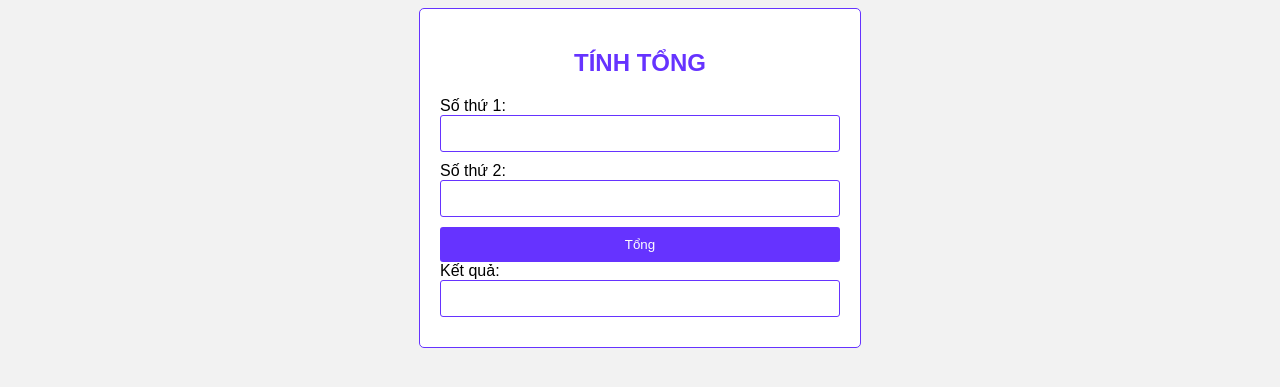
Repository: Pr-DuyTam/HTML-CSS-JS-PHP
Page: http://localhost/Bài 2 (Tính tổng)/Plus.php
These files come from the project's save history. The page is drawn as it stood at one moment and after the next save; the edit follows.
The browser window is 1280 px wide. The pictures show the whole page.
The page is run by PHP 8.4 with error messages shown; the project is at /var/www/html/.

Above is the page before, as saved 2023-09-02 10:38:43.

After the next save:
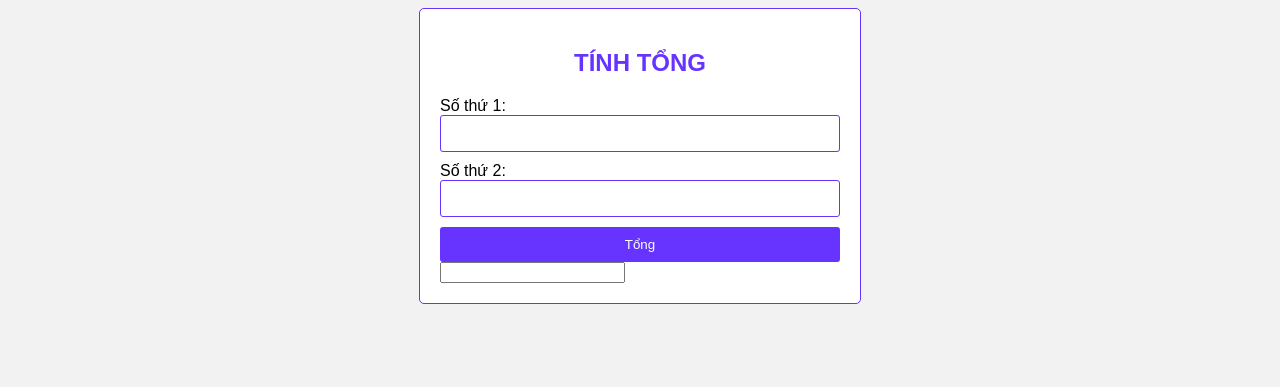
Saved 2 min 25 s later.
--- a/PHP/Bài tập PHP/Bài 2 (Tính tổng)/Plus.php
+++ b/PHP/Bài tập PHP/Bài 2 (Tính tổng)/Plus.php
@@ -69,27 +69,28 @@
     <div class="container">
         <h2>TÍNH TỔNG</h2>
         <?php
+        $result = '';
         if(isset($_POST['btnTong']))
         {
-            $a =$_POST['txtSoNhat'];
-            $b =$_POST['txtSoHai'];
+            $a = $_POST['txtSoNhat'];
+            $b = $_POST['txtSoHai'];
             if(is_numeric($a) && is_numeric($b))
             {
-                $c = $a +$b;
-                echo "Tổng $a + $b = $c";
-            }else
+                $c = $a + $b;
+                $result = "Tổng $a + $b = $c";
+            }
+            else
             {
-                echo "Giá trị nhập vào phải là số!";
+                $result = "Giá trị nhập vào phải là số!";
             }
         }
-    ?>
-    <form method="POST" action="TinhTong.php">
-        Số thứ 1: <input type="text" name="txtSoNhat"/>
-        Số thứ 2: <input type="text" name="txtSoHai"/>
-        <input type="submit" name="btnTong" value="Tổng">
-        Kết quả: <input type="text" name="txtketqua"/>
-    </form>
+        ?>
+        <form method="POST" action="TinhTong.php">
+            Số thứ 1: <input type="text" name="txtSoNhat"/>
+            Số thứ 2: <input type="text" name="txtSoHai"/>
+            <input type="submit" name="btnTong" value="Tổng">
+        </form>
+        <input type="text" value="<?php echo $result; ?>" readonly>
     </div>
-
 </body>
 </html>
